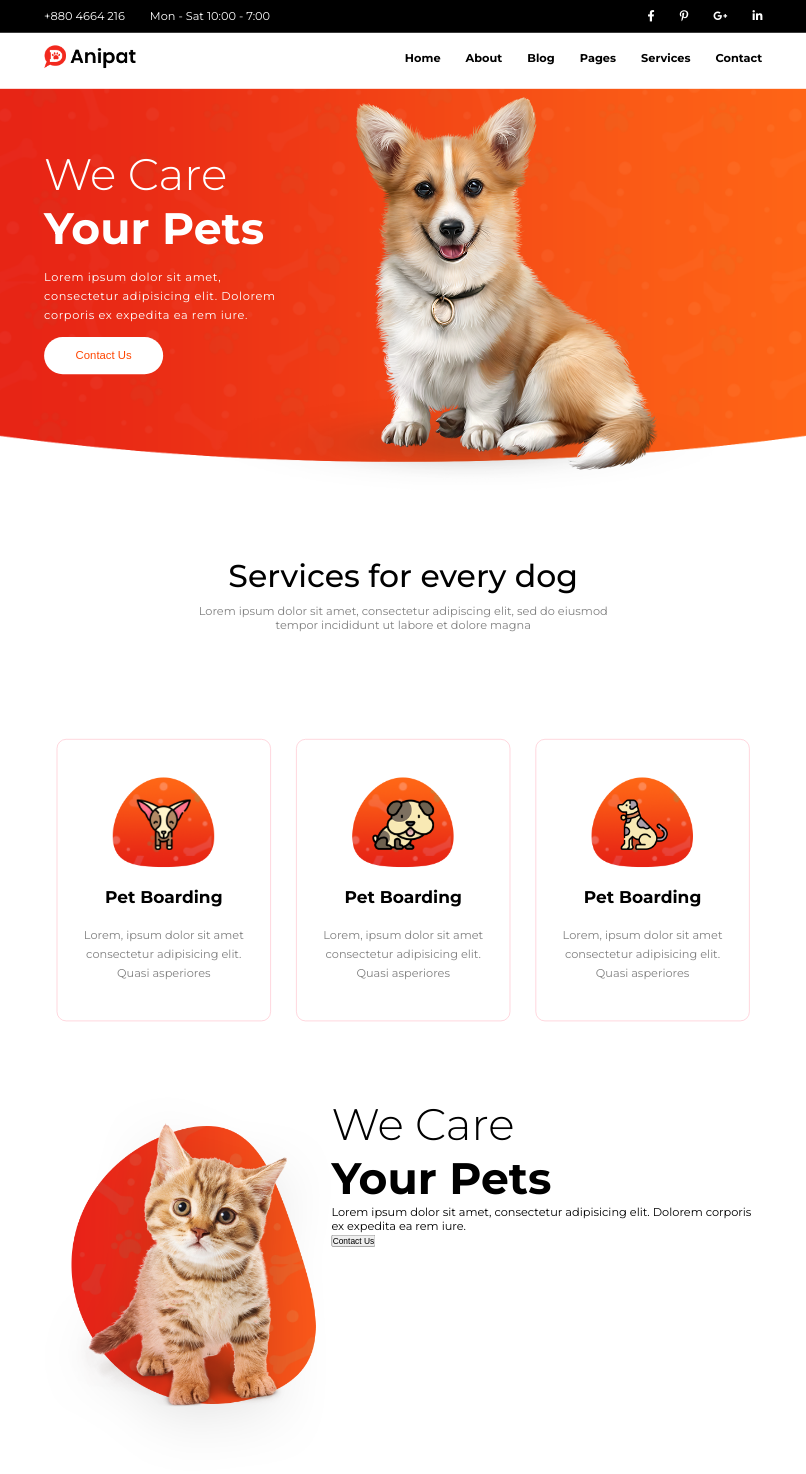
Repository: giahuy405/Day_2_Anipat
Page: index.html
The author's editor kept a copy of each file at every save. The page is drawn from the files as they stood at one save, then again after the next save.
The browser window is 1280 px wide. The pictures show the whole page, at 63% of full size.

Above is the page before, as saved 2022-09-08 23:33:08.

### index.html
<!DOCTYPE html>
<html lang="en">
<head>
    <meta charset="UTF-8">
    <meta http-equiv="X-UA-Compatible" content="IE=edge">
    <meta name="viewport" content="width=device-width, initial-scale=1.0">
    <title>Anipat</title>
    <link rel="stylesheet" href="https://cdnjs.cloudflare.com/ajax/libs/font-awesome/6.2.0/css/all.min.css">
    <link href="https://fonts.googleapis.com/css2?family=Montserrat:wght@300;400;500;700&display=swap" rel="stylesheet">
    <link rel="stylesheet" href="./css/index.css">
</head>
<body>
    <header>
        <div class="header-top">
            <div class="container">
                <div class="header__contact">
                    <a href="#">+880 4664 216 </a>
                    <span>Mon - Sat 10:00 - 7:00</span>
                </div>
                <div class="header__social">
                    <ul>
                        <li><a href="#"><i class="fa-brands fa-facebook-f"></i></a></li>
                        <li><a href="#"><i class="fa-brands fa-pinterest-p"></i></a></li>
                        <li><a href="#"><i class="fa-brands fa-google-plus-g"></i></a></li>
                        <li><a href="#"><i class="fa-brands fa-linkedin-in"></i></a></li>
                    </ul>
                </div>
                <div class="clear"></div>
            </div>
        </div>
        <div class="header-bottom container">
            <img src="./img/logo.png" alt="Logo">
            <ul>
                <li><a href="#">Home</a></li>
                <li><a href="#">About</a></li>
                <li><a href="#">Blog</a></li>
                <li><a href="#">Pages</a></li>
                <li><a href="#">Services</a></li>
                <li><a href="#">Contact</a></li>
            </ul>
            <div class="clear"></div>
        </div>

    </header>
    <div class="carousel">
        <div class="container">
            <div class="carousel__content">
                <h1>We Care</h1>
                <h2>Your Pets</h2>
                <p>Lorem ipsum dolor sit amet, consectetur adipisicing elit. Dolorem corporis ex expedita ea rem iure.</p>
                <button>Contact Us</button>
            </div>
            <div class="carousel__dog">
                <img src="./img/dog.png" alt="Dog">
            </div>
            <div class="clear"></div>
        </div>
    </div>
    <div class="service">
        <div class="service-top">
            <h1>Services for every dog</h1>
            <p>Lorem ipsum dolor sit amet, consectetur adipiscing elit, sed do eiusmod tempor incididunt ut labore et dolore magna</p>
        </div>
        <div class="service-bottom container">
            <div class="service-card">
                <div class="service__item">
                    <div class="service__background">
                        <img src="./img/service_icon_1.png" alt="">
                    </div>
                    <h2>Pet Boarding</h2>
                    <p>Lorem, ipsum dolor sit amet consectetur adipisicing elit. Quasi asperiores</p>
                </div>
            </div>
            <div class="service-card">
                <div class="service__item">
                    <div class="service__background">
                        <img src="./img/service_icon_2.png" alt="">
                    </div>
                    <h2>Pet Boarding</h2>
                    <p>Lorem, ipsum dolor sit amet consectetur adipisicing elit. Quasi asperiores</p>
                </div>
            </div>
            <div class="service-card">
                <div class="service__item">
                    <div class="service__background">
                        <img src="./img/service_icon_3.png" alt="">
                    </div>
                    <h2>Pet Boarding</h2>
                    <p>Lorem, ipsum dolor sit amet consectetur adipisicing elit. Quasi asperiores</p>
                </div>
            </div>
            <div class="clear"></div>
        </div>
    </div>
    <div class="netcare container">
        <div class="netcare__cat">
            <img src="./img/pet_care.png" alt="pet care">
        </div>
        <div class="netcare__content">
                <h1>We Care</h1>
                <h2>Your Pets</h2>
                <p>Lorem ipsum dolor sit amet, consectetur adipisicing elit. Dolorem corporis ex expedita ea rem iure.</p>
                <button>Contact Us</button>
        </div>
        <div class="clear"></div>
    </div>
</body>
</html>

### css/index.css
*{
    padding: 0;
    margin: 0;
    box-sizing: border-box;
}
.clear{
    clear: both;
}
html{
    font-size: 18px;
    font-family: 'Montserrat', sans-serif;
}
.container{
    width: 1140px;
    margin: 0 auto;
}
.header__contact{
    float: left;
}
.header__social{
    float: right;
}
.header-top{
    background-color: black;
    padding: 15px;
}
.header__contact a{
     color: white;
     text-decoration: none;
     transition: all 0.2s;
}
.header__contact a:hover{
    color: red;
}
.header__contact span{
    color: white;
    margin-left: 35px;
}
.header__social ul,.header-bottom ul{
    list-style: none;
}
.header__social li,.header-bottom li{
    display: inline;
    margin-left: 35px;
}
.header__social i{
    color: white;
    transition: all 0.2s;
}
.header__social i:hover{
    color: red;
}
.header-bottom ul{
    float: right;
}
.header-bottom a{
    text-decoration: none;
    font-weight: bold;
    color: black;
    transition: all 0.2;
    line-height: 40px;
}
.header-bottom a:hover{
    color: red;
}
.header-bottom{
    padding: 20px 0;
}
.carousel{
    background-image: url(../img/banner.png);
    background-position: center bottom;
    background-repeat: no-repeat;
    background-size: 100%;
    height: 600px;
    position: relative;
    margin-bottom: 150px;
}
.carousel__content{
    float: left;
    width: 33%;
    padding-top: 100px;
}
.carousel__dog{
    float: left;
    width: 67%;
    position: absolute;
    top: -10px;
    left: 315px;
    padding: 30px;
}
.carousel__content h1{
    color: white;
    font-size: 70px;
    font-weight: 300;
}
.carousel__content h2{
    color: white;
    font-size: 70px;
    font-weight: 700;
}
.carousel__content p{
    color: white;
    line-height: 30px;
    letter-spacing: 1px;
    margin: 20px 0;
}
.carousel__content button{
    padding: 19px 50px;
    border-radius: 30px;
    border: none;
    font-size: 18px;
    background-color: white;
    color: orangered;
    cursor: pointer;
}
.carousel__content button:hover{
    background-color: orangered;
    color: white;
}
.carousel__dog img{
    width: 100%;

}
.service{
    text-align: center;
    margin-bottom: 100px;
}
.service-top h1{
    font-weight: 500;
    font-size: 50px;
    margin-bottom: 15px;
}
.service-top p{
    padding: 0 300px;
    color: grey;
}
.service-top{
    margin-bottom: 150px;
}
.service-card{
    float: left;
    width: 33.3333%;
}
.service__background{
    background-image: url(../img/service_icon_bg_1.png);
    width: 161px;
    height: 143px;
    background-position: center;
    margin: 0 auto;
}
.service__item{
    border: 1px solid pink;
    border-radius: 15px;
    padding: 60px 40px;
}
.service-card{
    padding: 20px;
}
.service__item img{
    padding-top: 35px;
}
.service__item h2{
    margin: 30px 0;
}
.service__item p{
    color: grey;
    line-height: 30px;
}
.netcare__cat{
    float: left;
    width: 40%;
}
.netcare__content{
    float: left;
    width: 60%;
}
.netcare__cat img{
    width: 100%;
}
.netcare__content h1{
    color: black;
    font-size: 70px;
    font-weight: 300;
}
.netcare__content h2{
    color: black;
    font-size: 70px;
    font-weight: 700;
}

After the next save:
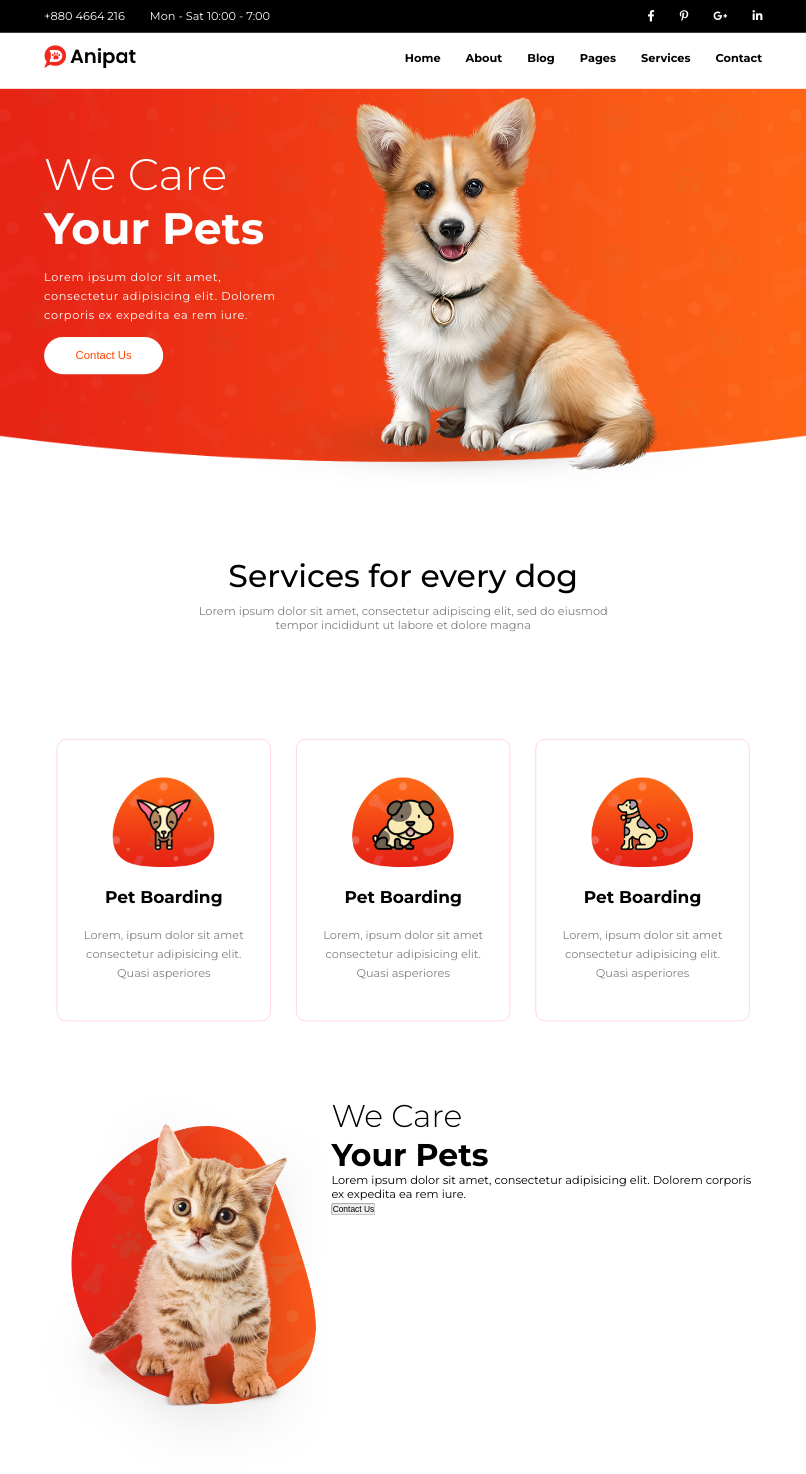
Saved 9 s later.
--- a/css/index.css
+++ b/css/index.css
@@ -179,11 +179,11 @@ html{
 }
 .netcare__content h1{
     color: black;
-    font-size: 70px;
+    font-size: 50px;
     font-weight: 300;
 }
 .netcare__content h2{
     color: black;
-    font-size: 70px;
+    font-size: 50px;
     font-weight: 700;
 }
